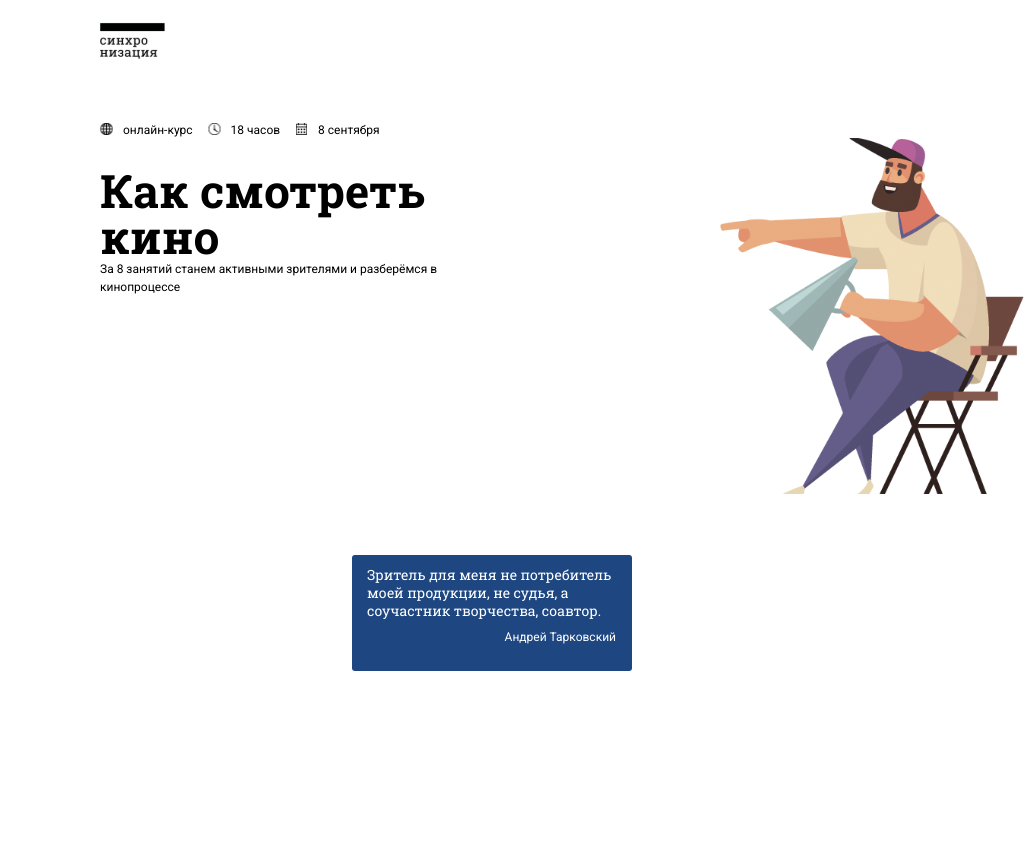
Repository: HeybetzadeQedim/task-2
Page: index.html
These files come from the project's save history. The page is drawn as it stood at one moment and after the next save; the edit follows.
The browser window is 1024 px wide. The pictures show the whole page.

Above is the page before, as saved 2023-10-04 16:09:06.

### index.html
<!DOCTYPE html>
<html lang="en">
  <head>
    <meta charset="UTF-8" />
    <meta name="viewport" content="width=device-width, initial-scale=1.0" />
    <title>Document</title>
    <link rel="stylesheet" href="./index.css" />
  </head>
  <body>
    <div class="main-container">
      <img src="./ımages/logo_mobile_black 1.svg" />
      <ul class="image-container">
        <li>
            <img src="./ımages/globe.svg" />
            <p>онлайн-курс</p>
        </li>
      <li>
        <img src="./ımages/img_135744.svg" />
        <p>18 часов</p>
      </li>

        <li>
            <img src="./ımages/calendar_2.svg" />
            <p>8 сентября</p>
        </li>
      </ul>
      <div class="flex-container">
        <div class="text-container">
          <h1>Как смотреть кино</h1>
          <p>
            За 8 занятий станем активными зрителями и разберёмся в кинопроцессе
          </p>
        </div>

          <img src="./ımages/noroot 1.svg" />

      </div>
      <div class="box">
        <p>
          Зритель для меня не потребитель моей продукции, не судья, а соучастник
          творчества, соавтор.
        </p>
        <p>Андрей Тарковский</p>
      </div>
    </div>
  </body>
</html>

### index.css
@import url("https://fonts.googleapis.com/css2?family=Roboto&family=Roboto+Slab:wght@400;700&display=swap");
* {
  margin: 0;
  padding: 0;
  box-sizing: border-box;
}
.main-container {
  padding: 21px 246px 173px 121px;
}
.main-container img:first-child {
  width: 112px;
  height: 66px;
}
.main-container .image-container {
  display: flex;
  margin-top: 100px;
}
.image-container li{
  margin-right: 15px;
  list-style-type: none;
  display: flex;
  align-items: center;
}
.image-container img:first-child {
  width: 22px;
  height: 21px;
}
.image-container img:nth-child(2) {
  width: 22px;
  height: 22px;
}
.image-container img:last-child {
  width: 20px;
  height: 22px;
}
.image-container p {
  color: #000;
  margin-left: 10px;
  margin-top: 4px;
  font-family: Roboto;
  font-size: 20px;
  font-style: normal;
  font-weight: 400;
  line-height: 115%;
}
.flex-container {
  display: flex;
  justify-content: space-between;
}
h1 {
  width: 628px;
  margin-top: 29px;
  color: #000;
  font-family: Roboto Slab;
  font-size: 80px;
  font-style: normal;
  font-weight: 700;
  line-height: 101.385%;
}
.text-container p {
  width: 414px;
  color: #000;
  font-family: Roboto;
  font-size: 20px;
  font-style: normal;
  font-weight: 400;
  line-height: 150%;
}

.image-box img:first-child {
  width: 304px;
  height: 356px;
  /* margin-left: 140px; */
}
.box {
  width: 484px;
  height: 200px;
  /* margin: 87px 0 173px 409px; */
  margin: auto;
  margin-top: 87px;
  border-radius: 5px;
  background: #1e4681;
  padding: 19px 27px 68px 26px;
}
.box p:first-child {
  width: 431px;
  color: #fff;
  font-family: Roboto Slab;
  font-size: 25px;
  font-style: normal;
  font-weight: 400;
  line-height: 130%;
}
.box p:last-child {
  color: #fff;
  text-align: right;
  font-family: Roboto;
  font-size: 20px;
  font-style: normal;
  font-weight: 400;
  line-height: 130%;
}

/* tablet style */
@media screen and (max-width: 1024px) {
  .main-container {
    padding: 22px 0 70px 100px ;
  }
  .main-container img:first-child {
    width: 64.867px;
    height: 38.225px;
  }
 .main-container .image-container {
    margin-top: 56px;
  }
  .image-container img:first-child {
    width: 13px;
    height: 12px;
  }
  .image-container img:nth-child(2) {
    width: 13px;
    height: 13px;
  }
  .image-container img:last-child {
    width: 12px;
    height: 13px;
  }
  .image-container p {
    font-size: 12px;
  }
  h1 {
    font-size: 46px;
    width: 364px;
  }
  .text-container p {
    font-size: 12px;
  }
  .image-box img:first-child {
    width: 176px;
    height: 206px;
  }
  .box {
    width: 280px;
    height: 116px;
    border-radius: 3px;
    margin: 61px 0 100px 252px;
    padding: 11px 16px 4px 15px ;
  }
  .box p:first-child {
    width: 249px;
    font-size: 14px;
  }
  .box p:last-child {
    font-size: 12px;
    margin-top: 9px;
  }
}
/* mobile style */
@media screen and (max-width: 768px) {
  .main-container {
    padding: 36px 32px 75px 36px;
  }
  .main-container img:first-child {
    width: 52px;
    height: 31px;
  }
  .image-container {
    margin-top: 45px;
  }
  .image-container img:first-child {
    width: 10px;
    height: 10px;
  }
  .image-container img:nth-child(2) {
    width: 10px;
    height: 10px;
  }
  .image-container img:last-child {
    width: 9px;
    height: 10px;
  }
  .image-container p {
    font-size: 10px;
  }
  h1 {
    width: 293px;
    font-size: 37px;
  }
  .text-container p {
    font-size: 10px;
    width: 212px;
  }
  .image-box img:first-child {
    width: 142px;
    height: 166px;
  }
  .flex-container {
    flex-direction: column;
  }
  .box {
    width: 225px;
    height: 93px;
    margin: 48px 0 75px 38px;
  }
  .box p:first-child {
    width: 201px;
    font-size: 11px;
  }
  .box p:last-child {
    font-size: 10px;
  }
}

After the next save:
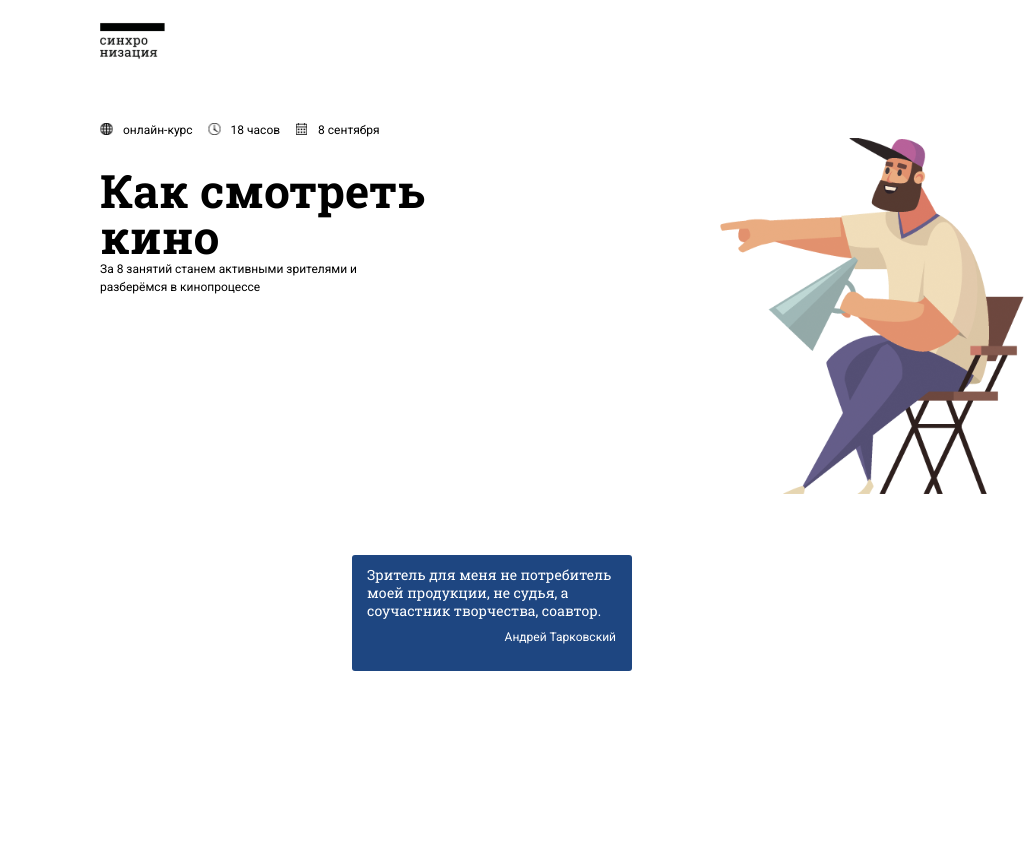
Saved 91 s later.
--- a/index.css
+++ b/index.css
@@ -134,6 +134,8 @@ h1 {
   }
   .text-container p {
     font-size: 12px;
+    width: 264px;
+
   }
   .image-box img:first-child {
     width: 176px;
